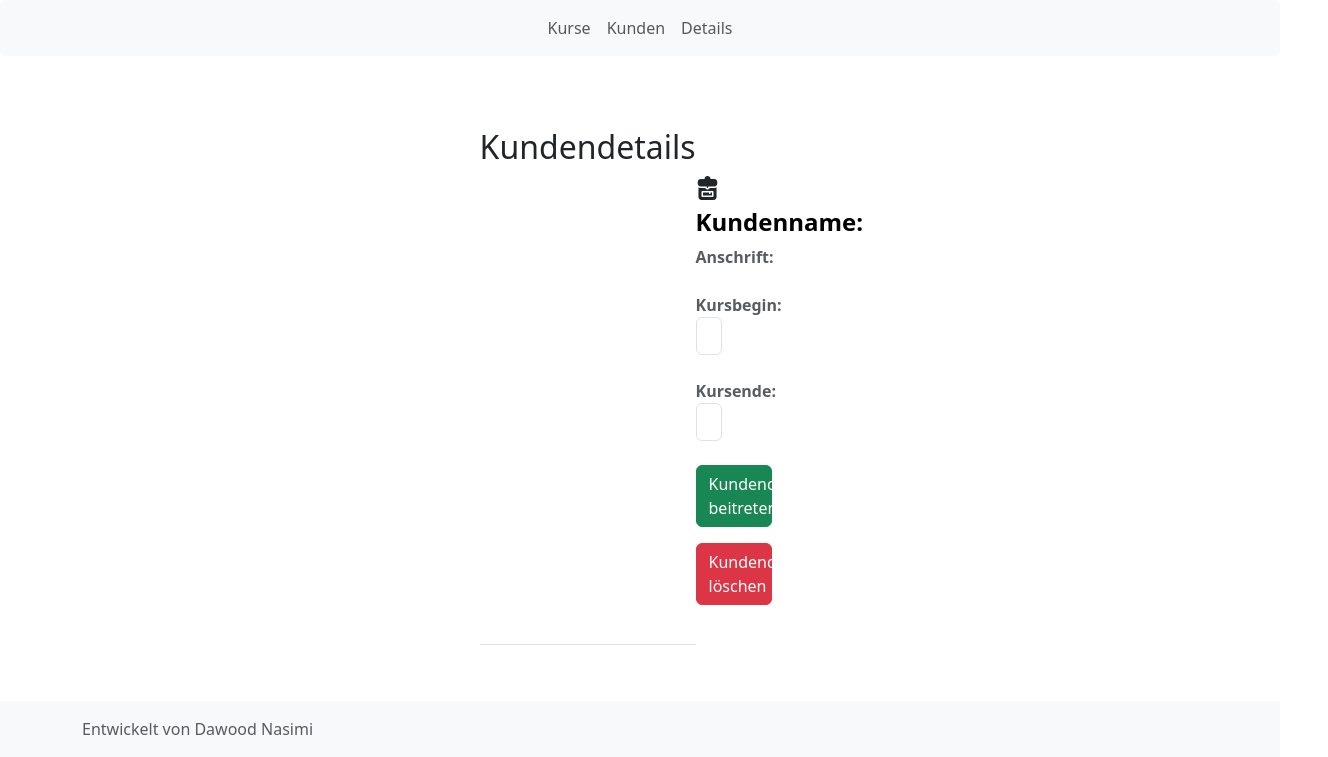
Repository: Dawoodnasimi/kurse
Page: templates/kunden/show.html.twig
The author's editor kept a copy of each file at every save. The page is drawn from the files as they stood at one save, then again after the next save.
The browser window is 1280 px wide. The page is 1328 px wide, so the pictures cover 1328 px, including what lies to the right of the window. The pictures show the whole page.
The page is a Twig template of a Symfony application; nobody is signed in and links lead nowhere. Other server files are loaded and not shown. The template is opened directly, without the code that normally fills it, so the values that code supplies are empty.

Above is the page before, as saved 2023-10-29 12:38:54.

### templates/kunden/show.html.twig
{% extends 'base.html.twig' %}

{% block title %}
	Kunden
{% endblock %}

{% block body %}
	<div class="container-fluid mx-5 px-4 py-5 kundendetails d-flex flex-row justify-content-center">
		<h2 class="pb-2 border-bottom">Kundendetails</h2>

		<div class="row row-cols-1 row-cols-md-2 align-items-md-center g-5 py-5">
			<div class="col d-flex flex-column gap-2">
				<div class="col">
					<div class="row row-cols-1 row-cols-sm-2 g-4">
						<div class="col d-flex flex-column gap-2">
							<div class="bi bi-backpack4-fill d-inline-flex align-items-center justify-content-start bg-gradient fs-4 rounded-3"></div>
							<h4 class="fw-semibold mb-0 text-body-emphasis"><strong>Kundenname: </strong>{{ kunde.name }}</h4>
							<p class="text-body-secondary"><strong>Anschrift: </strong>{{ kunde.anschrift }}</p>
							<p class="text-body-secondary"><strong>Kursbegin: </strong>
							<input type='date' class='form-control' id='date' name='date' value='{{ kunde.begin|date('Y-m-d') }}' required>
							</p>
							<p class="text-body-secondary"><strong>Kursende: </strong>
							<input type='date' class='form-control' id='date' name='date' value='{{ kunde.ende|date('Y-m-d') }}' required>
							</p>
						</div>
					</div>
				</div>

				<a href="{{ path('app_kunden') }}/bearbeiten/{{ kunde.id }}" class="btn btn-success mb-2" type="button">Kundendaten beitreten</a>
				<a href="{{ path('app_kunden') }}/loeschen/{{ kunde.id }}" class="btn btn-danger" type="button">Kundendaten löschen</a>

			</div>

		</div>
	</div>
{% endblock %}

### templates/base.html.twig
<!DOCTYPE html>
<html>
	<head>
		<meta charset="UTF-8">
		<title>
			{% block title %}
			Kurse
			{% endblock %}
		</title>

		{% block stylesheets %}
		{{ encore_entry_link_tags('app') }}
		<link href="https://cdn.jsdelivr.net/npm/bootstrap@5.3.2/dist/css/bootstrap.min.css" rel="stylesheet" integrity="sha384-T3c6CoIi6uLrA9TneNEoa7RxnatzjcDSCmG1MXxSR1GAsXEV/Dwwykc2MPK8M2HN" crossorigin="anonymous">
		<link rel="stylesheet" href="https://cdn.jsdelivr.net/npm/bootstrap-icons@1.11.1/font/bootstrap-icons.css">

		{% endblock %}


		{% block javascripts %}
		{{ encore_entry_script_tags('app') }}

		<script src="https://cdn.jsdelivr.net/npm/bootstrap@5.3.2/dist/js/bootstrap.bundle.min.js" integrity="sha384-C6RzsynM9kWDrMNeT87bh95OGNyZPhcTNXj1NW7RuBCsyN/o0jlpcV8Qyq46cDfL" crossorigin="anonymous"></script>

		{% endblock %}

	</head>

	<body>

{% block header %}
    <nav class="navbar navbar-expand-lg bg-body-tertiary rounded" aria-label="Twelfth navbar example">
        <div class="container-fluid">
            <button class="navbar-toggler" type="button" data-bs-toggle="collapse" data-bs-target="#navbars_ziff" aria-controls="navbars_ziff" aria-expanded="false" aria-label="Toggle navigation">
                <span class="navbar-toggler-icon"></span>
            </button>

            <div class="collapse navbar-collapse justify-content-md-center" id="navbars_ziff">
                <ul class="navbar-nav">
                    <li class="nav-item">
                        <a class="nav-link {% if app.request.attributes.get('_route') == 'app_kurse' %}active{% endif %}" aria-current="page" href="{{ path('app_kurse') }}">Kurse</a>
                    </li>
                    <li class="nav-item">
                        <a class="nav-link {% if app.request.attributes.get('_route') == 'app_kunden' %}active{% endif %}" href="{{ path('app_kunden') }}">Kunden</a>
                    </li>
                    <li class="nav-item">
                        <a class="nav-link {% if app.request.attributes.get('_route') == 'app_details' %}active{% endif %}" href="{{ path('app_details') }}">Details</a>
                    </li>
                </ul>
            </div>
        </div>
    </nav>
	<br>
{% endblock %}

{% block body %}{% endblock %}

{% block footer %}
		<footer class="footer mt-auto py-3 bg-body-tertiary">
			<div class="container">
				<span class="text-muted">Entwickelt von Dawood Nasimi</span>
			</div>
		</footer>
{% endblock %}

	</body>
</html>

Loaded but not shown: webpack.config.js (common file)

After the next save:
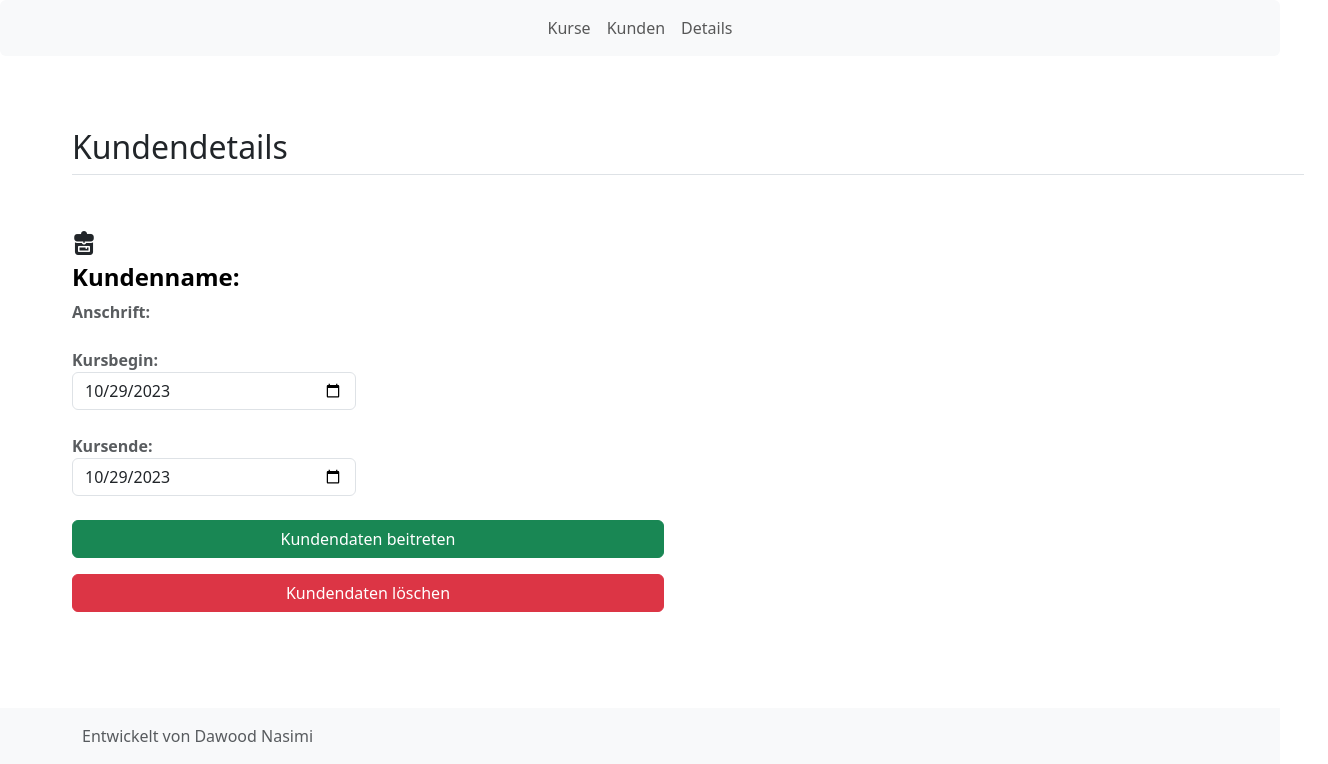
Saved 27 s later.
--- a/templates/kunden/show.html.twig
+++ b/templates/kunden/show.html.twig
@@ -5,7 +5,7 @@
 {% endblock %}
 
 {% block body %}
-	<div class="container-fluid mx-5 px-4 py-5 kundendetails d-flex flex-row justify-content-center">
+	<div class="container-fluid mx-5 px-4 py-5 kundendetails">
 		<h2 class="pb-2 border-bottom">Kundendetails</h2>
 
 		<div class="row row-cols-1 row-cols-md-2 align-items-md-center g-5 py-5">
